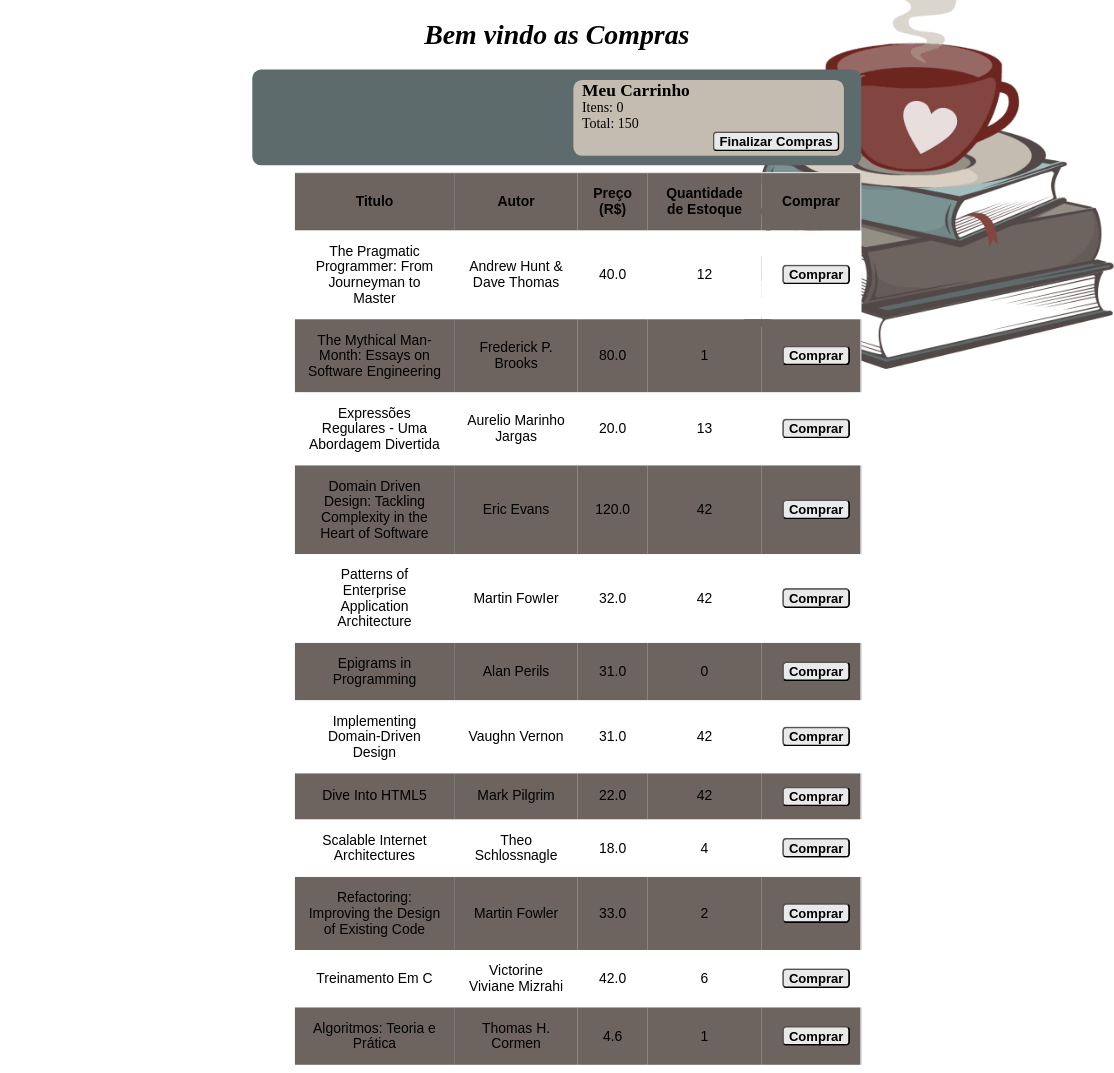
Repository: gabriellacrystina/ProjetoTegra
Page: http://localhost/book-store/Produtos
These files come from the project's save history. The page is drawn as it stood at one moment and after the next save; the edit follows.
The browser window is 1280 px wide. The pictures show the whole page, at 87% of full size.
Backgrounds fixed to the window are drawn as part of the page. The page is served by Tomcat 9.

Above is the page before, as saved 2016-07-04 17:53:18.

After the next save:
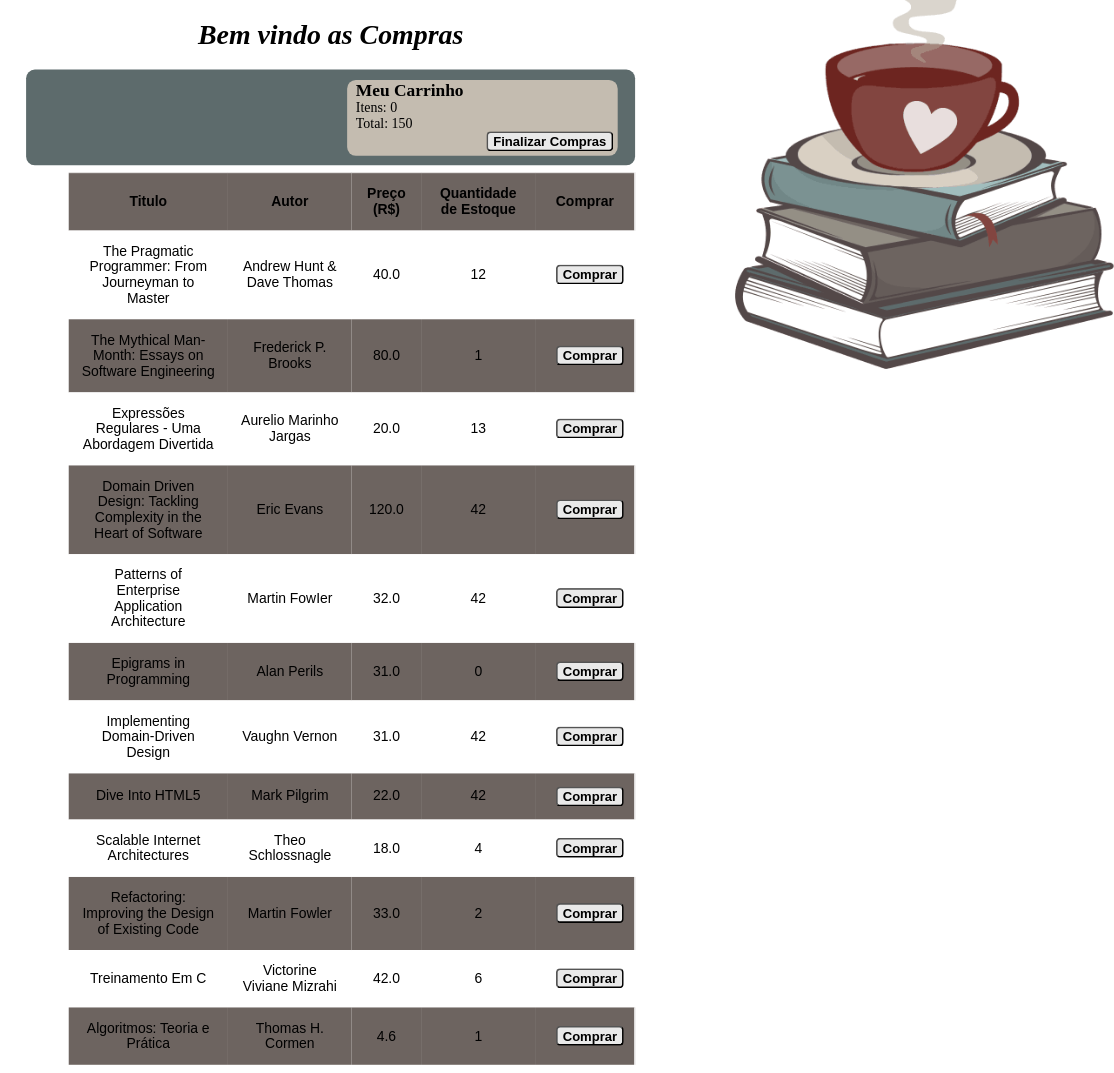
Saved 18 s later.
--- a/book-store/WebContent/book_store_stile.css
+++ b/book-store/WebContent/book_store_stile.css
@@ -6,7 +6,7 @@ body {
 	background-position: right top;
 	background-attachment: fixed;
     width: 700px;
-    margin-left: auto;
+    margin-left: 30px;
 	margin-right: auto;
 }
 
